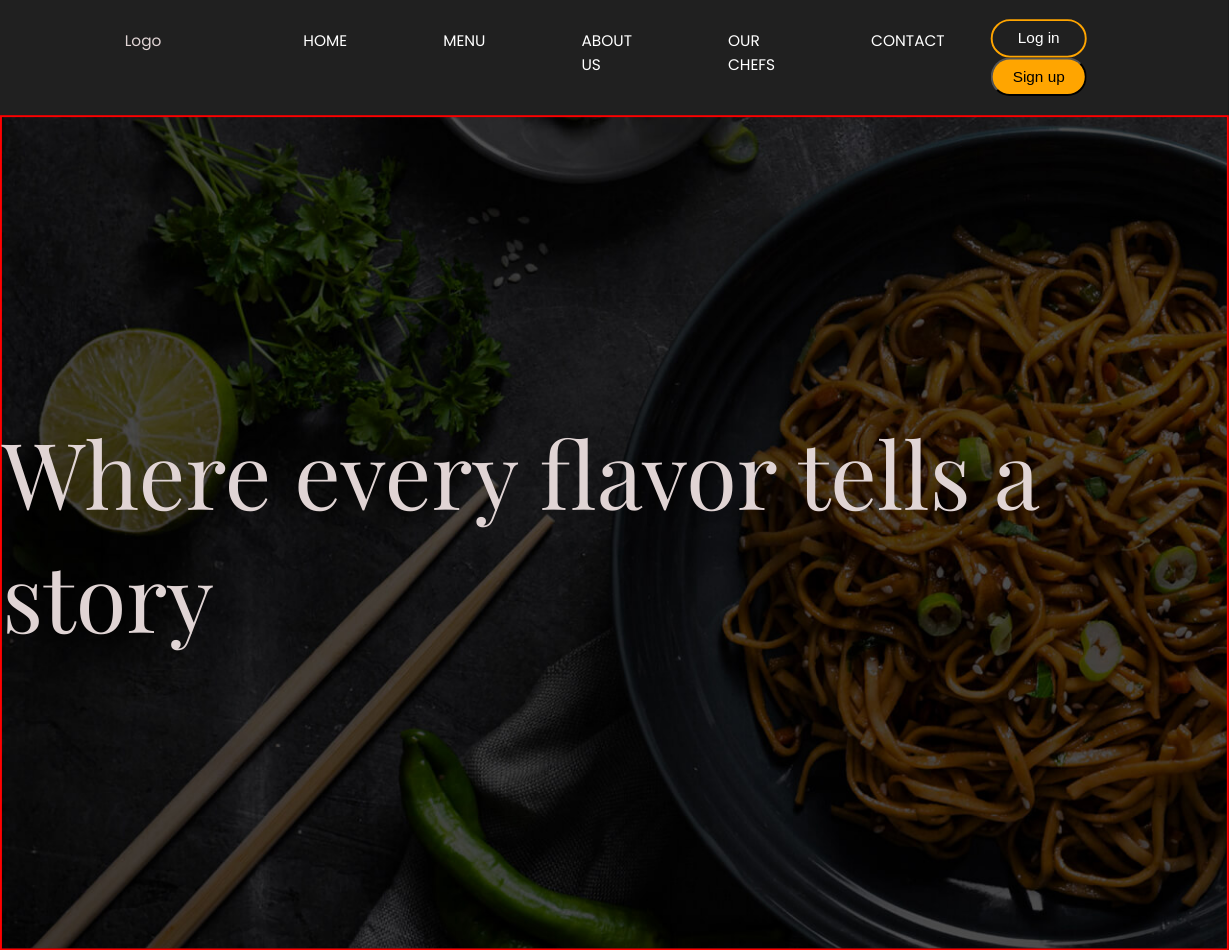
Repository: ThisIsSahaj/NSP
Page: index.html
An editor plug-in stored every save of this project. The page is shown before and after the next save, followed by the edit.
The browser window is 1280 px wide. The pictures show the whole page, at 96% of full size.

Above is the page before, as saved 2023-11-06 13:53:46.

### index.html
<!DOCTYPE html>
<html lang="en">
<head>
    <meta charset="UTF-8">
    <meta http-equiv="X-UA-Compatible" content="IE=edge">
    <meta name="viewport" content="width=device-width, initial-scale=1.0">
    <title>Hungy</title>
    <link rel="stylesheet" href="style.css">
</head>
<body>
    <header>

        <nav class="nav">
            <div class="logo">
                Logo
            </div>
            <div class="menu">
                <ul>
                   <a href=""> <li>Home</li> </a>
                   <a href=""> <li>Menu</li> </a>
                   <a href=""> <li>About Us</li> </a>
                   <a href=""> <li>Our Chefs</li> </a>
                   <a href=""> <li>Contact</li> </a>
            </ul>
        </div>
        <div class="button">
            <button class="login">Log in</button>
            <button class="signup">Sign up</button>
        </div>
    </nav>
</header>

<div class="sec1">
    Where every flavor tells a story
</div>
</body>
</html>

### style.css
@import url('https://fonts.googleapis.com/css2?family=Poppins:wght@300;400;500;600;700&family=Roboto:wght@100;300;400;500;700;900&display=swap');

@import url('https://fonts.googleapis.com/css2?family=Playfair+Display:wght@400;500;600;700;800;900&family=Poppins:wght@300;400;500;600;700&family=Roboto:wght@100;300;400;500;700;900&display=swap');


*{
    margin: 0px;
    padding: 0px;
    box-sizing: border-box;

}

body{
    background-color: #0F0F0F;
    font-family: 'Poppins', sans-serif;
    color: rgb(224, 212, 212);
}

header{
    margin-top: 0px;
    background-color: #202020;
    padding: 20px;
}
nav{
    display: flex;
    flex-direction: row;
    justify-content: space-around;
}

ul {
    display: flex;
    flex-direction: row;
    list-style: none;
    /* border: 2px solid green; */
}
a {
    color: #fff;
    text-transform: uppercase;
    text-decoration: none;
    /* letter-spacing: 0.15em;      */
    /* display: inline-block; */
    /* padding: 15px 20px; */
    position: relative;
    /* border: 2px solid red; */
}
a:after {
    background: none repeat scroll 0 0 transparent;
    bottom: 0;
    content: "";
    display: block;
    height: 2px;
    left: 50%;
    position: absolute;
    background: #fff;
    transition: width 0.3s ease 0s, left 0.3s ease 0s;
    width: 0;
    margin-bottom: 10px;
}

a:hover:after {
    width: 100%;
    left: 0;
    background-color:orange;
}


.logo{
    width: 20%;
    margin: 10px;
    display: flex;
    justify-content: center;
    /* border: 2px solid hotpink; */

}
.menu ul li{
    margin: 10px 50px;

}

.menu{
    width: 60%;
    display: flex;
    justify-content: center;
    /* border: 2px solid blue; */

}
.button{
    width: 20%;
    /* border: 2px solid hotpink; */
}
button {
    height: 40px;
    width: 100px;
    margin: 0px 10px;
    border-radius: 50px;
    background-color: orange;
    font-size: 16px;
    cursor: pointer;
}
.login{
border: 2px solid orange;
background-color: transparent;
color: white;

}

.login:hover {
    background-color: orange;
    color: black;
}

.signup:hover{
    background-color: transparent;
    color: white;
    border: 2px solid orange;
}


.sec1{
    border: 2px solid red;
    height: 870px;
    width: 100%;
    background-image: url("assets/images/hero-slider-1.jpg");

    display: flex;
    justify-content: center;
    align-items: center;
    font-size: 96px;
    font-family: "Playfair Display";
}

After the next save:
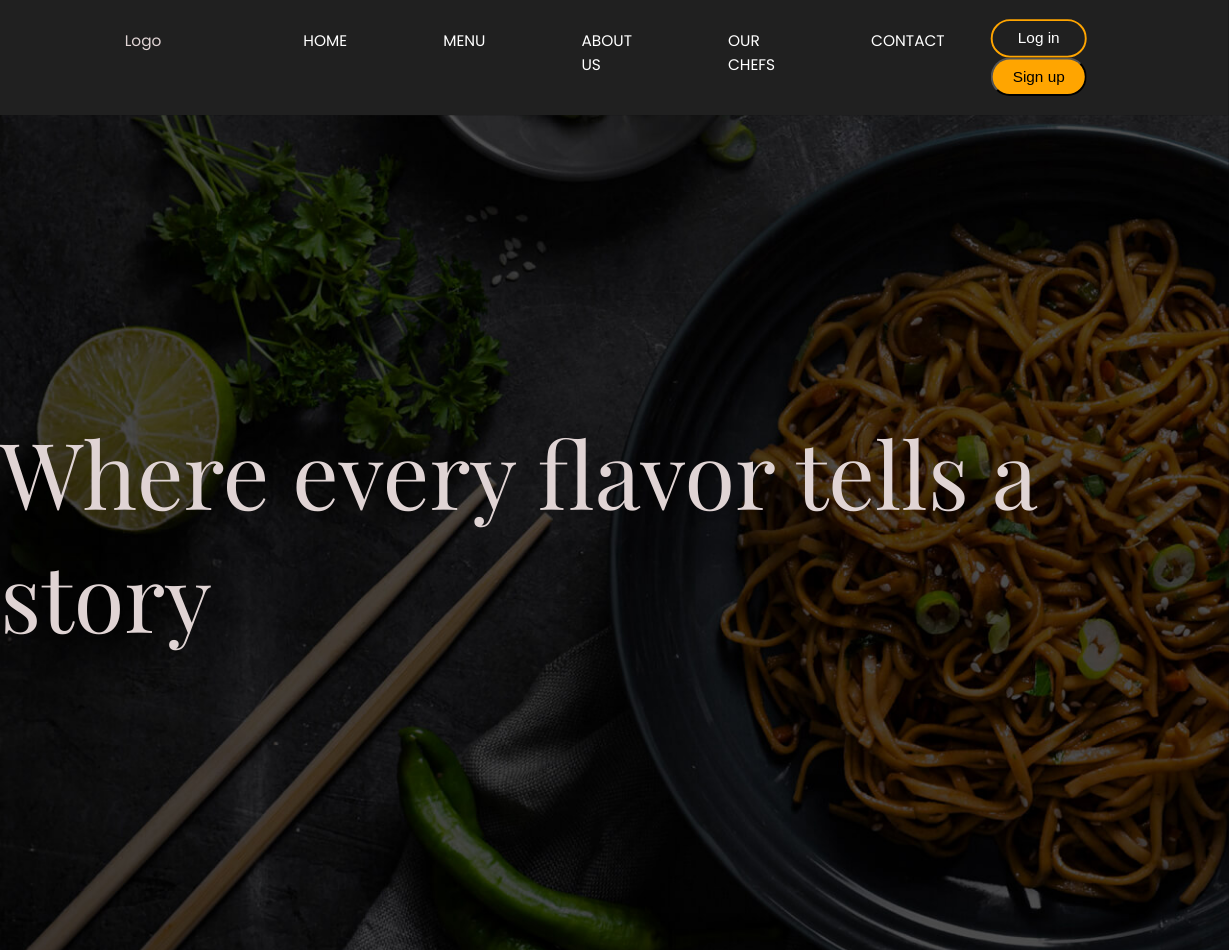
Saved 2 min 53 s later.
--- a/style.css
+++ b/style.css
@@ -117,7 +117,7 @@ color: white;
 
 
 .sec1{
-    border: 2px solid red;
+    /* border: 2px solid red; */
     height: 870px;
     width: 100%;
     background-image: url("assets/images/hero-slider-1.jpg");
